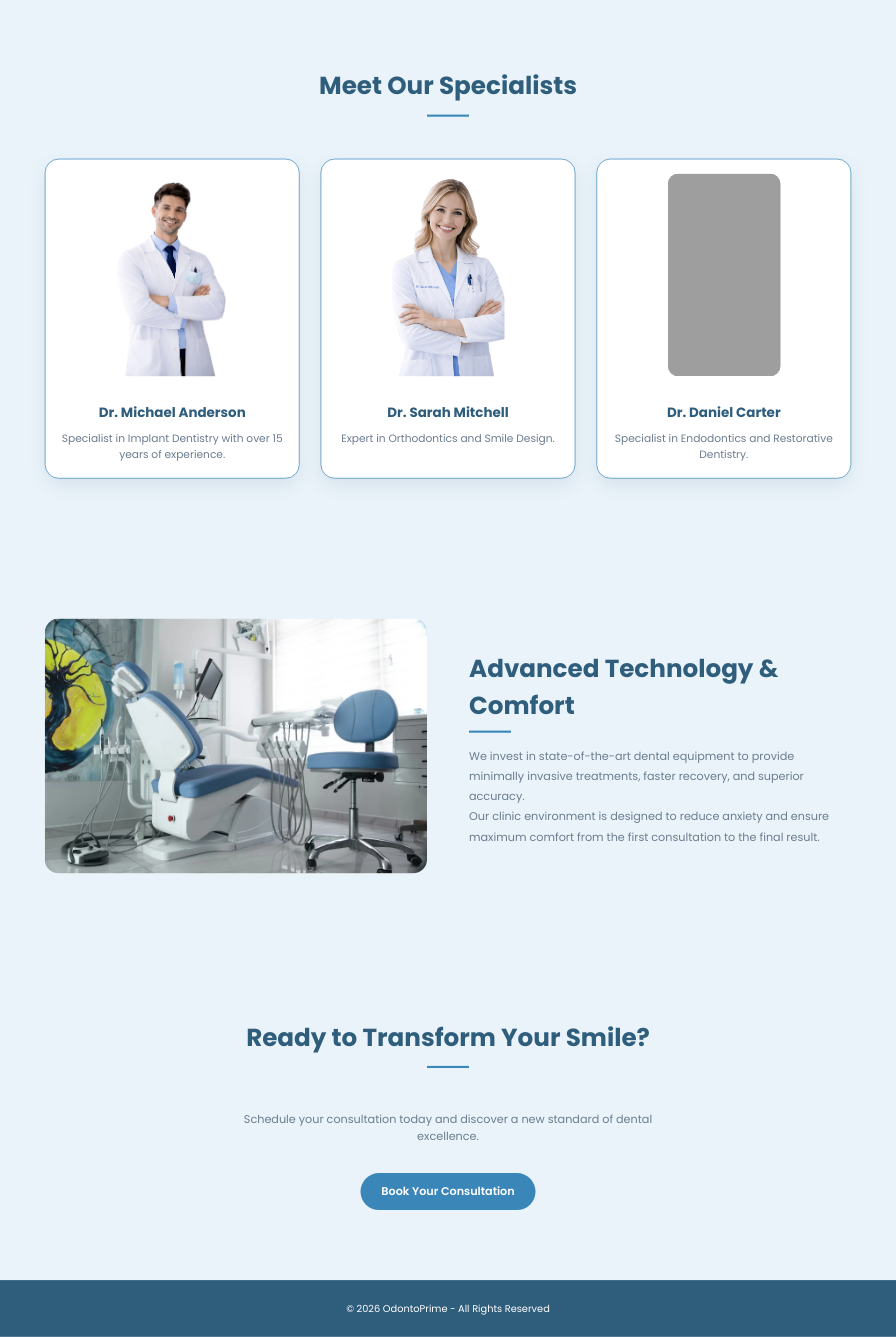
Repository: davidfsillva/OdontoPrime
Page: about.html
These files come from the project's save history. The page is drawn as it stood at one moment and after a run of saves; the edit follows.
The browser window is 1280 px wide. The pictures show the part of the page from y = 1584 to 3504 px (the page is 3494 px tall before and 3504 px after), at 70% of full size.
Pictures or frames that could not be fetched are drawn as grey boxes. A picture or video elsewhere on the page could not be fetched, so the positions and the page height are approximate.

Above is the page before, as saved 2026-02-16 23:02:47.

After the next 2 saves:
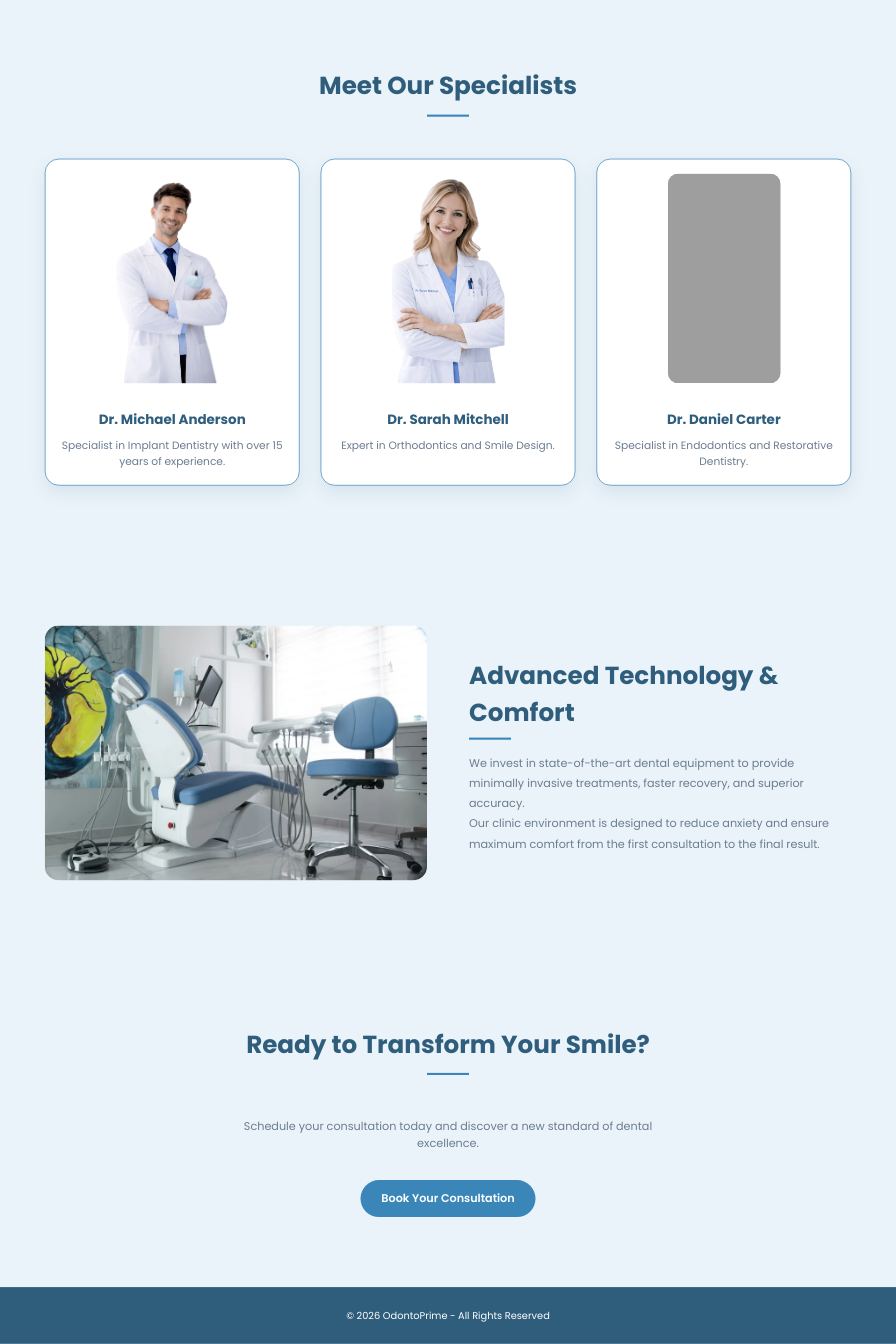
The 2 saves are shown as one change because they came seconds apart.
The last was saved 9 s later.
--- a/style.css
+++ b/style.css
@@ -471,7 +471,7 @@ nav a.active{
 /* Imagem maior e proporcional */
 .departments.about-cards .card img {
     width: 50%;          /* ocupa toda a largura do card */
-    height: 290px;        /* altura maior */
+    height: 300px;        /* altura maior */
     object-fit: cover;    /* mantém proporção e recorta excesso */
     border-radius: 15px;  /* cantos arredondados */
     margin-bottom: 15px;  /* separação do texto */
